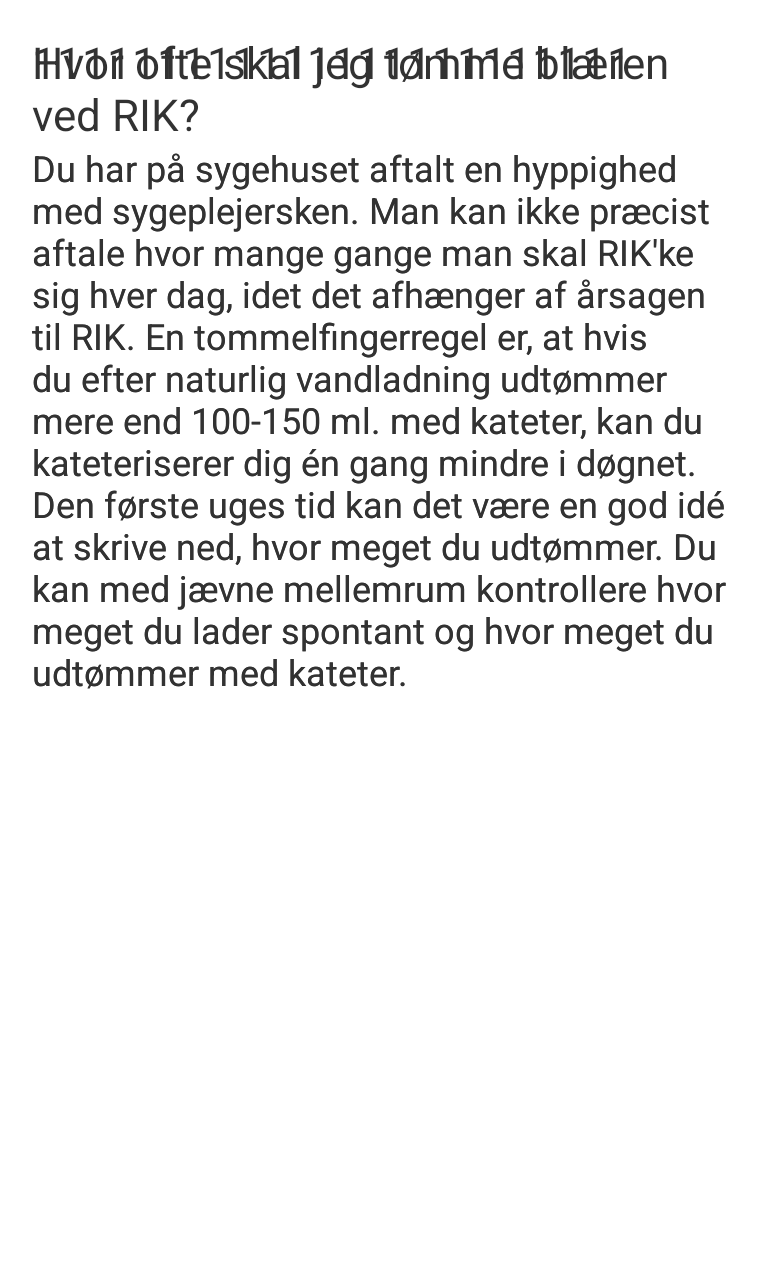
Repository: KingApollo/RIKapp2
Layout: RIKapp/res/layout/activity_information.xml
These files come from the project's save history. The layout is drawn as it stood at one moment and after the next save; the edit follows.
It is drawn on a 768 x 1280 px phone screen (xhdpi) without system bars, with theme android:Theme.Light.NoTitleBar; the app's code is not run.

Above is the layout before, as saved 2014-10-10 09:01:15.

After the next save:
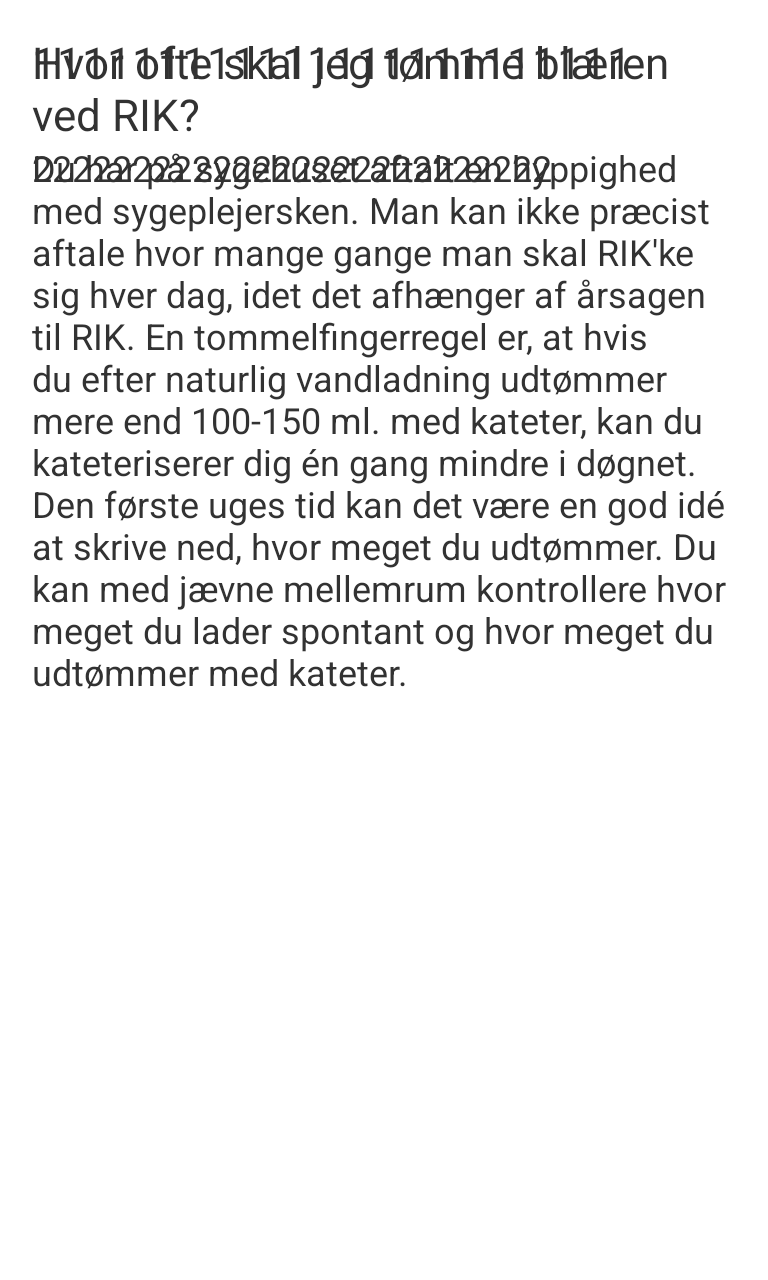
Saved 9 s later.
--- a/RIKapp/res/layout/activity_information.xml
+++ b/RIKapp/res/layout/activity_information.xml
@@ -50,7 +50,7 @@
     android:layout_height="wrap_content"
     android:layout_alignLeft="@+id/tvHowOftenQuestion"
     android:layout_below="@+id/tvHowOftenQuestion"
-    android:text="@string/howOftenAnswer"
+    android:text="@string/test2"
     android:textSize="18sp" />
 
 </RelativeLayout>
